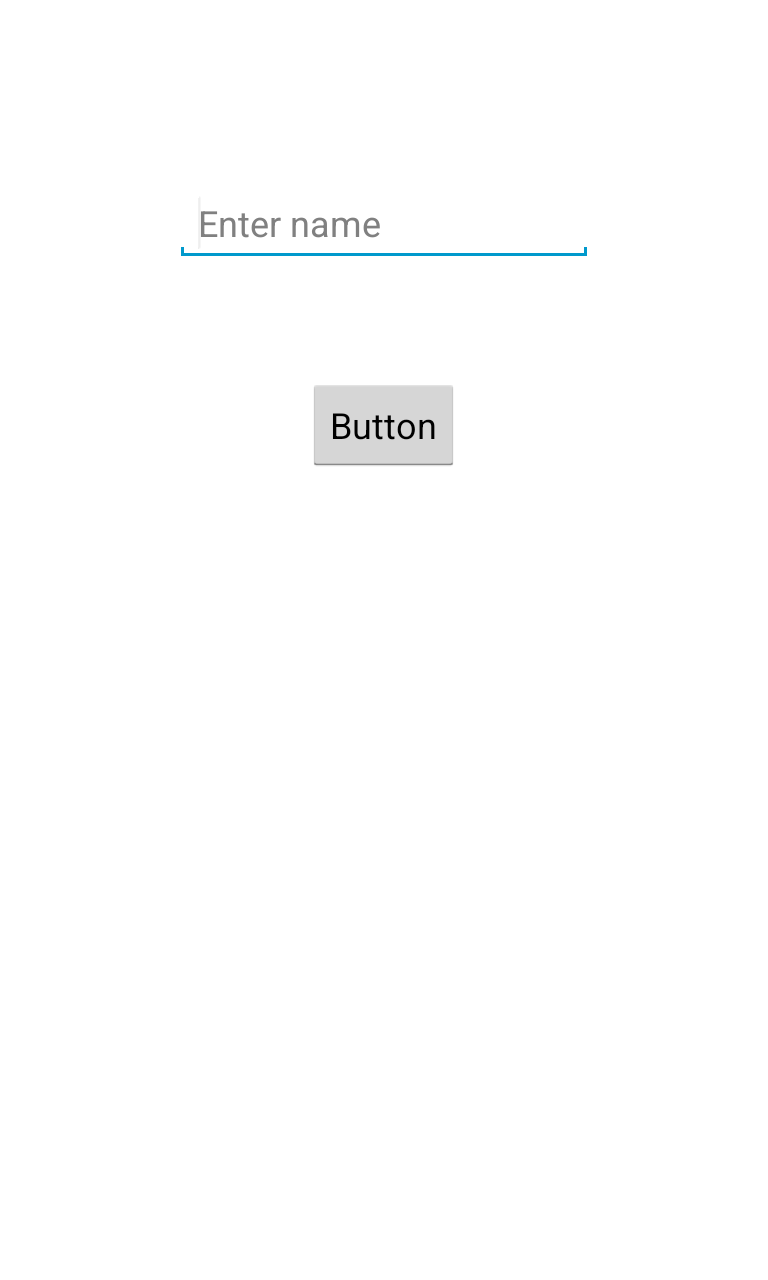
Repository: Joshiatt/IndustryOriented_MiniProject
Layout: App Data/DatabaseSample/res/layout/activity_main.xml
These files come from the project's save history. The layout is drawn as it stood at one moment and after the next save; the edit follows.
It is drawn on a 768 x 1280 px phone screen (xhdpi) without system bars, with theme AppTheme; the app's code is not run.

Above is the layout before, as saved 2018-05-31 04:36:27.

After the next save:
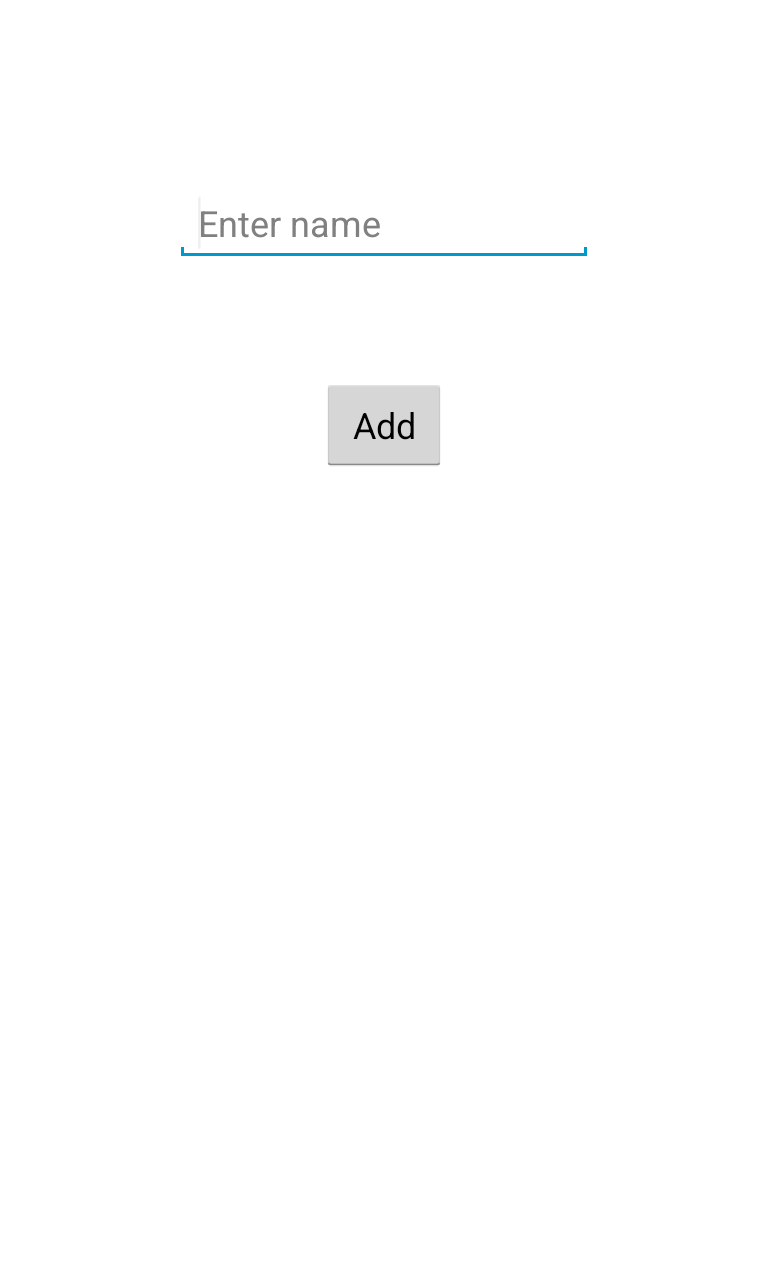
Saved 9 s later.
--- a/App Data/DatabaseSample/res/layout/activity_main.xml
+++ b/App Data/DatabaseSample/res/layout/activity_main.xml
@@ -25,6 +25,6 @@
         android:layout_below="@+id/editText1"
         android:layout_centerHorizontal="true"
         android:layout_marginTop="57dp"
-        android:text="Button" />
+        android:text="Add" />
 
 </RelativeLayout>
